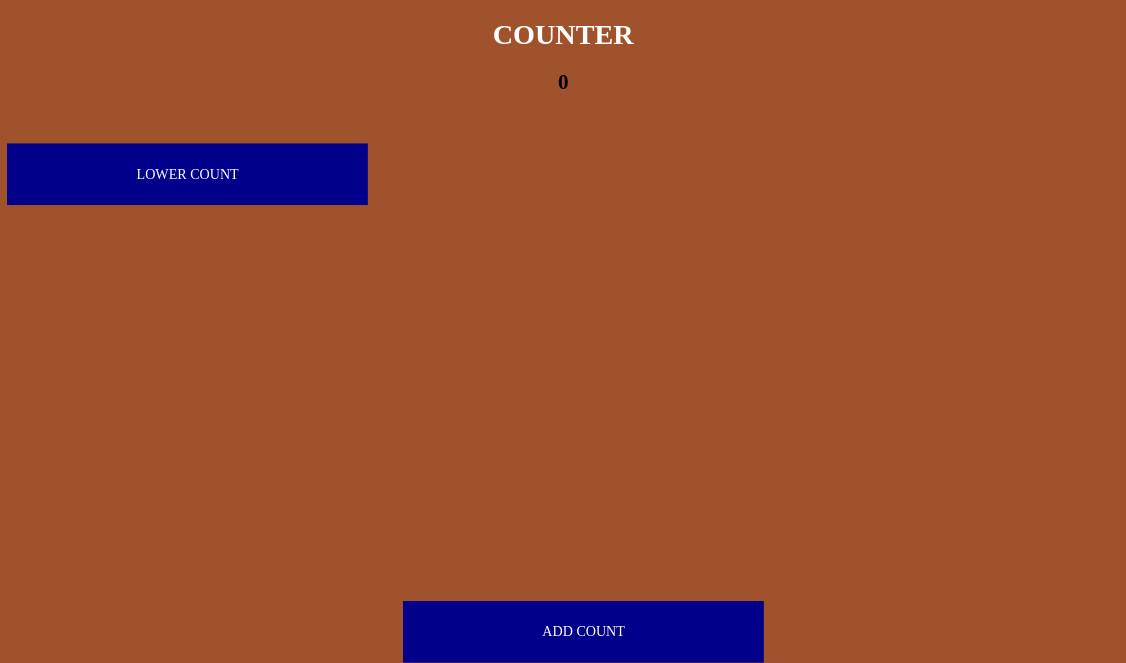
Repository: Seryozha02/Calculator
Page: calculator.html
An editor plug-in stored every save of this project. The page is shown before and after the next save, followed by the edit.
The browser window is 1280 px wide. The pictures show the whole page, at 88% of full size.

Above is the page before, as saved 2022-02-14 17:03:26.

### calculator.html
<!DOCTYPE html>
<html lang="en">

<head>
    <meta charset="UTF-8">
    <meta http-equiv="X-UA-Compatible" content="IE=edge">
    <meta name="viewport" content="width=4, initial-scale=1.0">
    <link rel="stylesheet" href="./calculator.css">
    <title>Calculator</title>
</head>

<body>
    <h1>COUNTER</h1>
    <strong><h2>0</h2></strong>
    <br><br>
    <div class="row">
        <div class="column1">
            <div class="card">
                <p><i class="fa fa-user"></i></p>
                <p>LOWER COUNT</p>
            </div>
        </div>

        <div class="column2">
            <div class="card">
                <p><i class="fa fa-smile-o"></i></p>
                <p>ADD COUNT</p>
            </div>
        </div>
    </div>
</body>
<script src="./calculator.js"></script>
</body>

</html>

### calculator.css
h1 {
    color: white;
}
html{
    background-color: sienna;
}

h2{
    height:
}

* {
    box-sizing: border-box;
}

body {
    text-align: center;
}

/* Float columns */
.column1 {
    float: left;
    width: 33%;
    padding: 0 5px;
}

.row {
    margin: 0 -5px;
}

.row:after {
    content: "";
    display: table;
}


.column2 {
    float: left;
    width: 33%;
    padding: 0 5px;
    margin-left: 450px;
    margin-top: 450px;
}

.row {
    margin: 0 -5px;
}

.row:after {
    content: "";
    display: table;
}

/* Style the cards */
.card {
    padding: 10px;
    text-align: center;
    background-color: darkblue;
    color: white;
    }

.card:hover {
    transform: scale(1.1);
    background-color: black;
    transition-duration: 2s;
    color: white;
}

.fa {
    font-size: 50px;
}

Loaded but not shown: calculator.js (no copy from this time; the picture is the same without it)

After the next save:
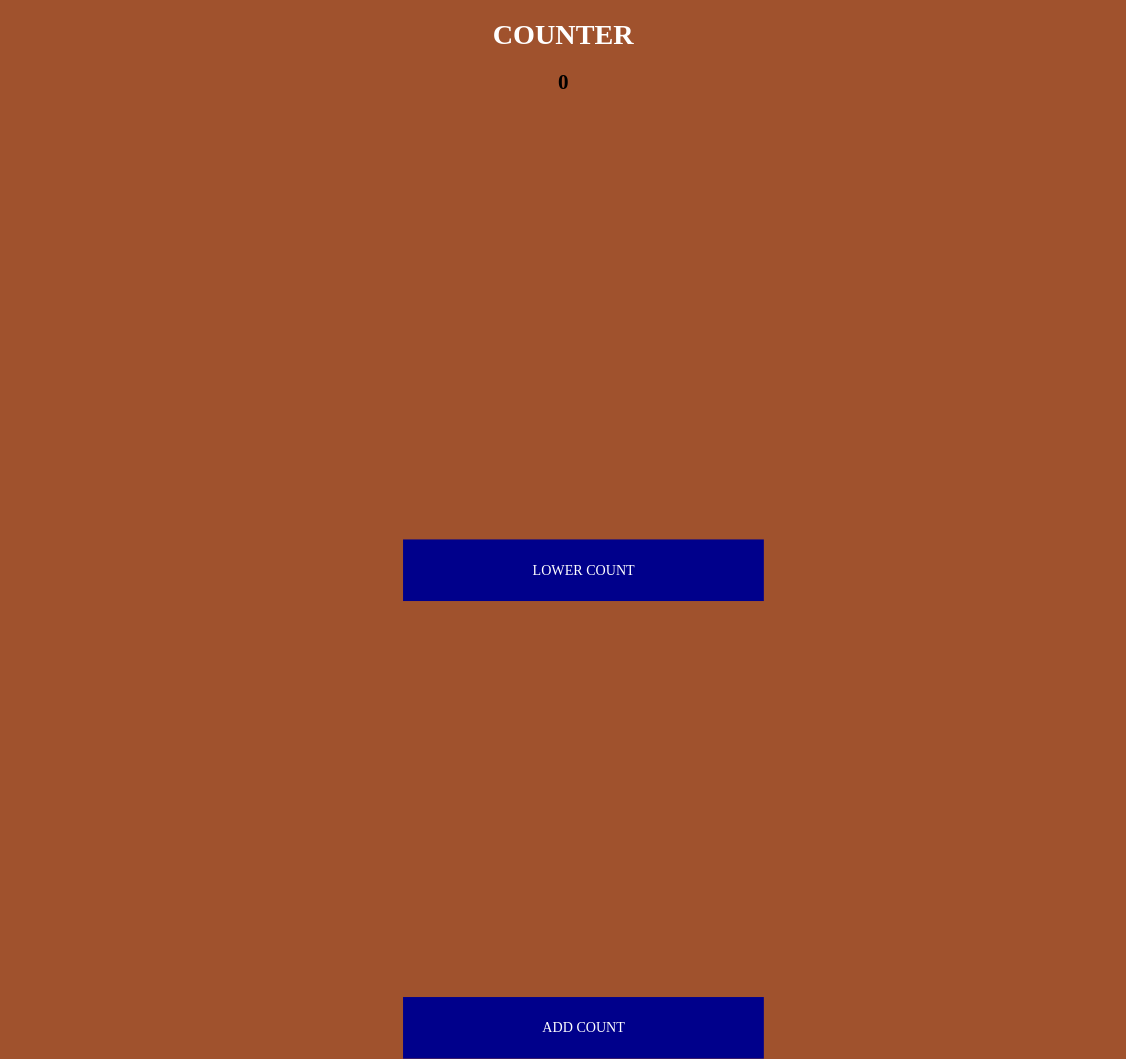
Saved 12 s later.
--- a/calculator.css
+++ b/calculator.css
@@ -22,6 +22,9 @@
     float: left;
     width: 33%;
     padding: 0 5px;
+    margin-left: 450px;
+    margin-top: 450px;
+}
 }
 
 .row {

After the 2 saves that followed:
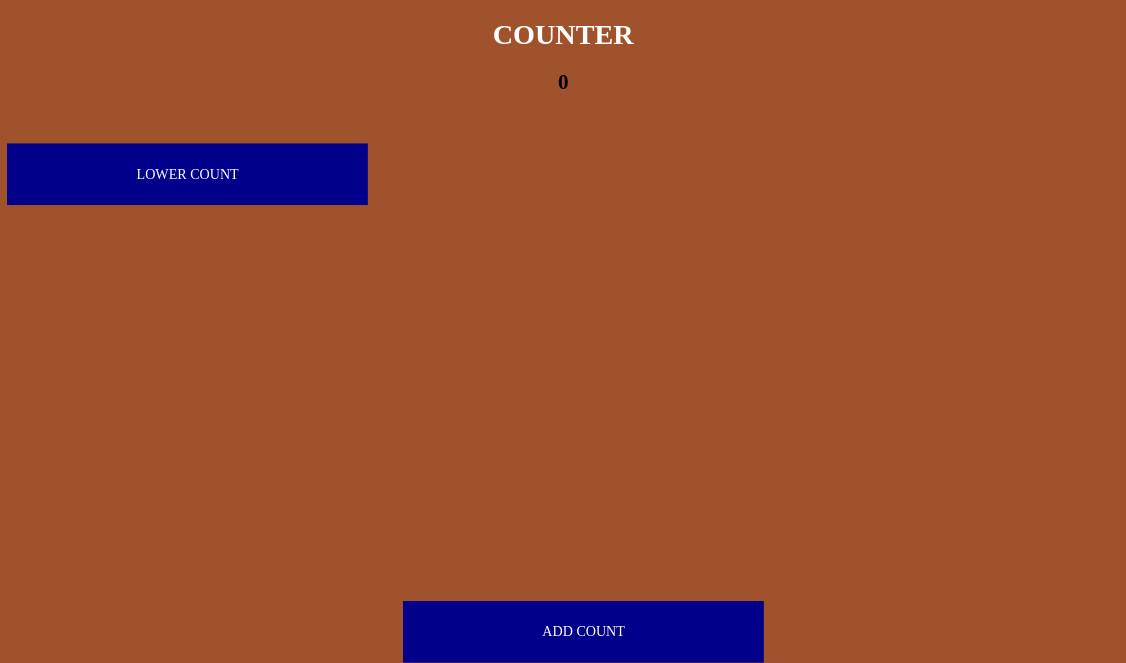
The 2 saves are shown as one change because they came seconds apart.
The last was saved 5 s later.
--- a/calculator.css
+++ b/calculator.css
@@ -22,9 +22,7 @@
     float: left;
     width: 33%;
     padding: 0 5px;
-    margin-left: 450px;
-    margin-top: 450px;
-}
+
 }
 
 .row {
